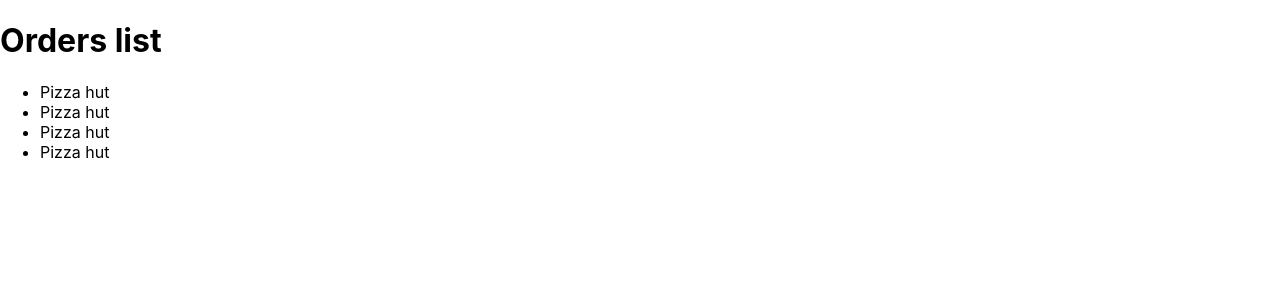
Repository: FS-23/react-navigation
Page: /menu/add
These files come from the project's save history. The page is drawn as it stood at one moment and after the next save; the edit follows.
The browser window is 1280 px wide. The pictures show the whole page.
The project was rebuilt for these pictures with package versions that can differ from the ones it lists, and the page was loaded fresh each time. Also part of the build but not shown: src/components/Article.js.

Above is the page before, as saved 2022-05-06 14:16:37.

### src/App.js

import OrderList from "./components/OrderList";
import Article from "./components/Article";
function App() {
  return (
    <div className="App">
        <OrderList />
    </div>
  );
}

export default App;

### src/components/OrderList.js
import { getOrders , addOrder} from '../API/orders'
import { useEffect, useState , useContext } from 'react'
function OrderList(){
    let [ orders , setOrders] = useState([])
    useEffect(()=> {
        addOrder({
            name: "Pizza hut",
            price: 12
        })

        addOrder({
            name: "Pizza hut",
            price: 12
        })
        // console.log('getOrders:', getOrders() )

        setOrders(getOrders())
    }, [orders])

    return (
        <>
           <h1>Orders list</h1>
           <div>
               <ul>
                 {
                    orders.map((order , index)=> <li key={index}>{order.name}</li>)
                 }
               </ul>
           </div>
        </>
    )
}

export default OrderList

### src/API/orders.js
const orders = [];

export function getOrders(){
    return orders
}

export function addOrder(obj){
    obj.id = orders.length + 1;
    orders.push(obj)
    return orders
}

export function getOrder(id){
    let order = orders.find((_order)=> _order.id == id)
    return order
}

export function changeOrderStatus(id, status){
    for(let order of orders){
        if(order.id == id) {
            order.status = status
            break
        }
    }

    return orders
    //   orders.forEach( order => {
    //       if(order.id == id) order.status = status
    //   })
}

export function removeOrder(id){
     orders.forEach( (order , index) => {
         if(order.id == id) orders.splice(index,1)
     })

     return orders
}

Loaded but not shown: public/index.html (common file); src/index.js (common file); src/index.css (common file)

After the next save:
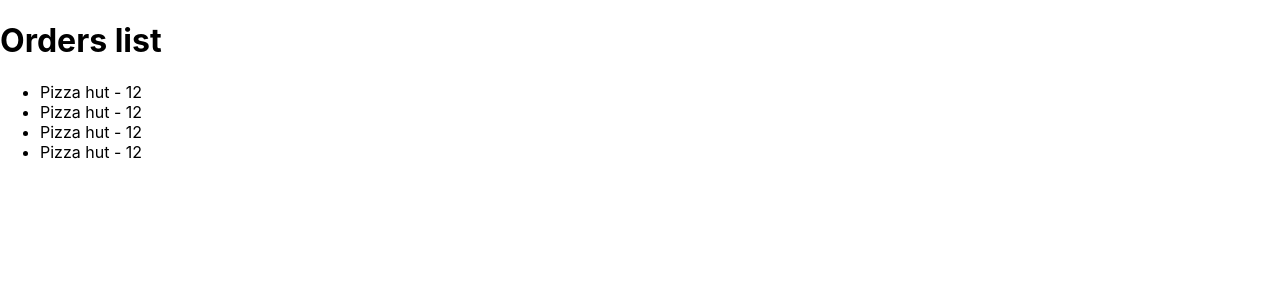
Saved 17 s later.
--- a/src/components/OrderList.js
+++ b/src/components/OrderList.js
@@ -23,7 +23,7 @@
            <div>
                <ul>
                  {
-                    orders.map((order , index)=> <li key={index}>{order.name}</li>)
+                    orders.map((order , index)=> <li key={index}>{order.name} - {order.price}</li>)
                  }
                </ul>
            </div>
